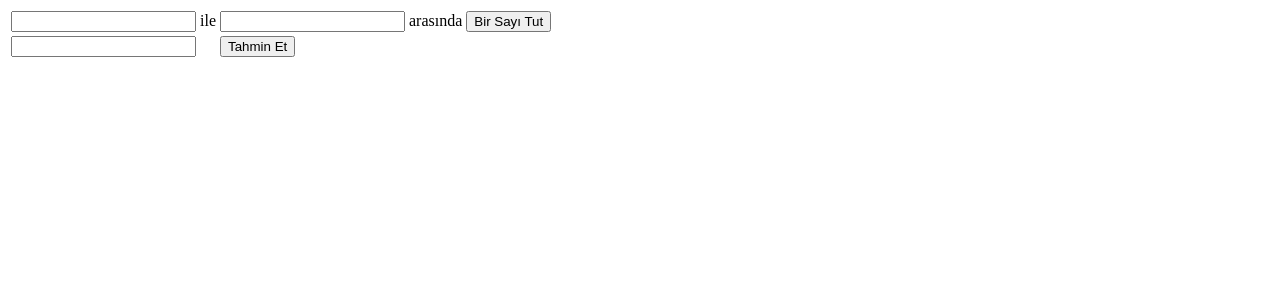
Repository: emrebolukbas/.js-Training-Tobeto
Page: 4-oyunBirSayiTut/public/oyunBirSayiTut.html
An editor plug-in stored every save of this project. The page is shown before and after the next save, followed by the edit.
The browser window is 1280 px wide. The pictures show the whole page.

Above is the page before, as saved 2023-10-08 20:55:20.
Console error: ReferenceError: sayfaYukle is not defined

### 4-oyunBirSayiTut/public/oyunBirSayiTut.html
<!DOCTYPE html>
<html>
<head>
	<meta charset="UTF-8">
	<title> 4-Oyun Bir Sayı Tut 1.0 </title>
	<link rel="stylesheet" href="oyunBirSayiTut.css">
	<script type="text/javascript" src="oyunBirSayiTut.js"></script>
</head>
<body onload="sayfaYukle();">

	<table class="table-1">
		<tr class="tr-1">
			<td class="td-1">
				<input id="input-1" type="number">
				<label for="input-1">ile</label>
			</td>
			<td class="td-1">
				<input id="input-2" type="number">
				<label for="input-2">arasında</label>
			</td>
			<td class="td-1">
				<button type="button" onclick="yeniSayiTut();"> Bir Sayı Tut </button>
			</td>
		</tr>
		<tr class="tr-1">
			<td class="td-1">
				<input id="input-3" type="number">
			</td>
			<td class="td-2" colspan="2">
				<button id="button-1" class="button-1" type="button" onclick="tahminEt();"> Tahmin Et </button>
			</td>
		</tr>
	</table>

	<br/>
	<div class="div-1">
		<p id="p-1" class="p-1"></p>
	</div>
</body>
</html>

### 4-oyunBirSayiTut/public/oyunBirSayiTut.css
@charset "UTF-8";

table {
	border: solid 2px dashed #4455ee;
}

Loaded but not shown: 4-oyunBirSayiTut/public/oyunBirSayiTut.js (common file)

After the next save:
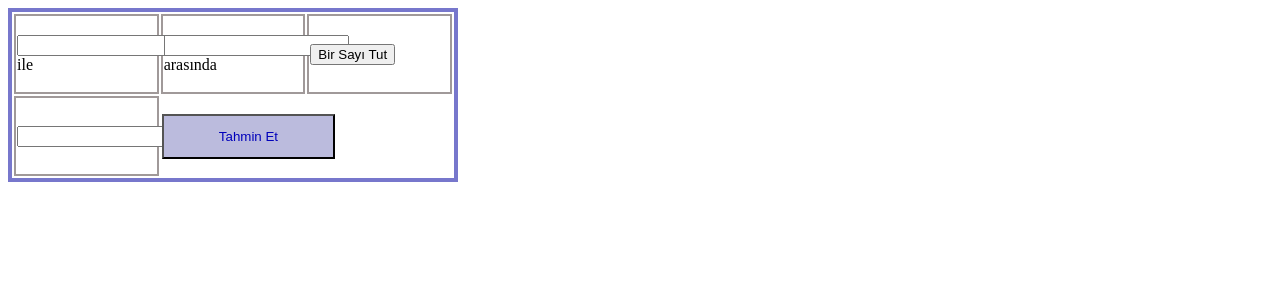
Saved 7 min 58 s later.
--- a/4-oyunBirSayiTut/public/oyunBirSayiTut.css
+++ b/4-oyunBirSayiTut/public/oyunBirSayiTut.css
@@ -1,5 +1,30 @@
 @charset "UTF-8";
 
-table {
-	border: solid 2px dashed #4455ee;
+table.table-1 {
+	width: 450px;
+	table-layout: fixed;
+	border: solid #77c 4px;
 }
+
+tr.tr-1 {
+	height: 80px;
+	vertical-align: middle;
+}
+
+td.td-1 {
+	border: solid #a09999 2px;
+}
+
+button.button-1 {
+	color: #00b;
+	background-color: #bbd;
+	height: 45px;
+	width: 60%;
+}
+
+div.div-1 {
+	font: oblique;
+	font-weight: 600;
+	font-size: 18px;
+	color: rgb(0, 128, 128);
+}
